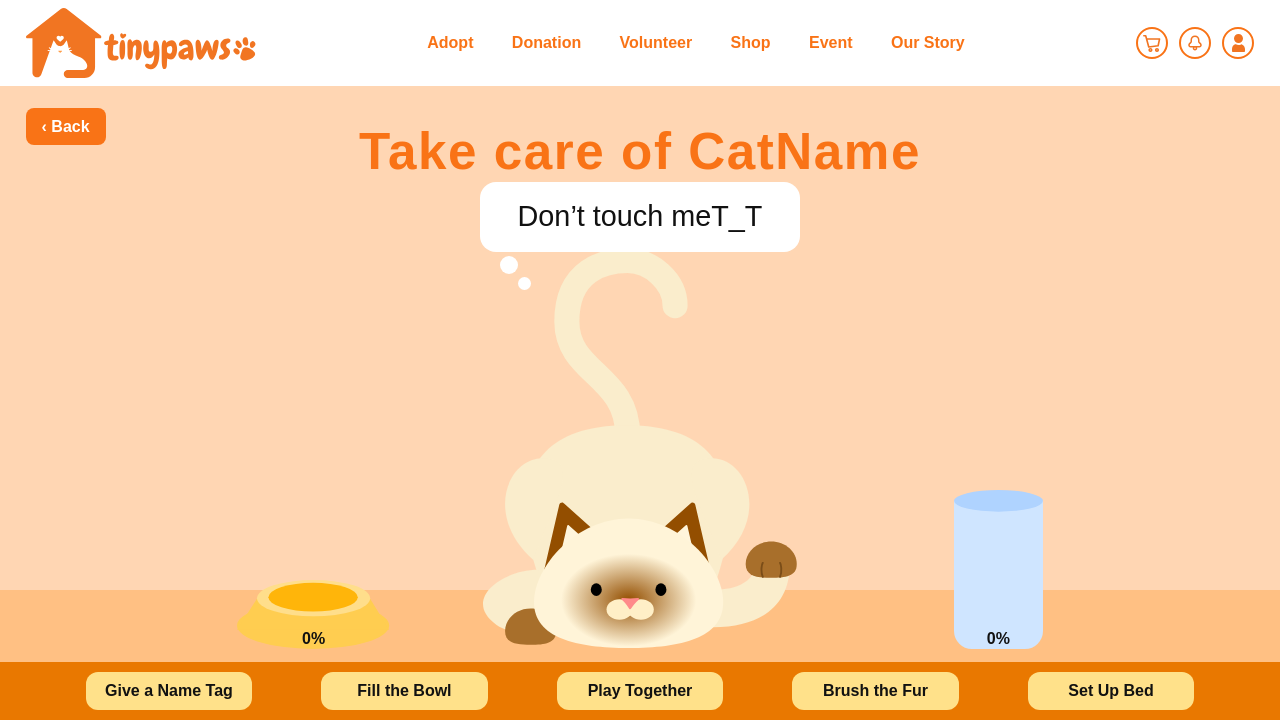
Repository: LShuyanLi/TinyPaws
Page: /, after clicking the first element matching `div > div`
These files come from the project's save history. The page is drawn as it stood at one moment and after the next save; the edit follows.
The browser window is 1280 px wide. The pictures show the whole page.
The project was rebuilt for these pictures with package versions that can differ from the ones it lists, and the page was loaded fresh each time. The framework's server and built-in components were replaced by stand-ins that run in the browser. Also part of the build but not shown: next.config.mjs.

Above is the page before, as saved 2026-05-09 23:18:09.

After the next save:
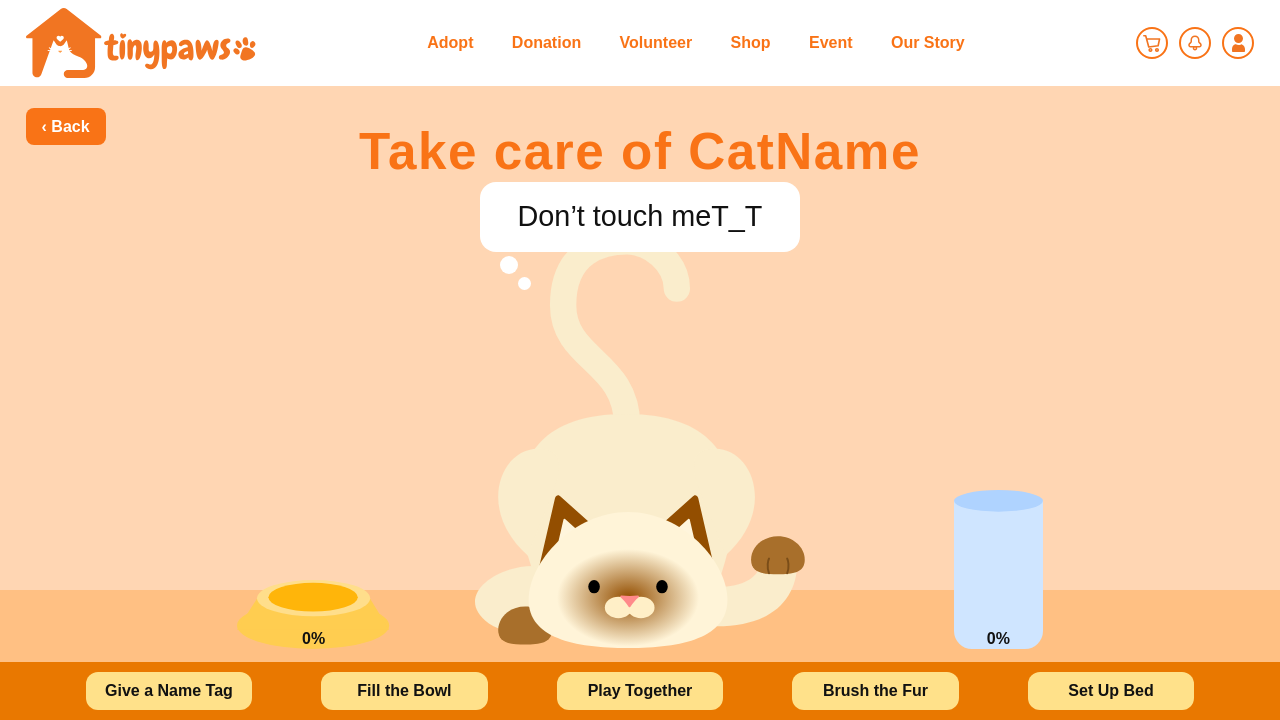
Saved 7 s later.
--- a/components/shared/CatDisplay.jsx
+++ b/components/shared/CatDisplay.jsx
@@ -54,8 +54,8 @@ export default function CatDisplay({
       )}
       <div
         style={{
-          width: "400px",
-          height: "400px",
+          width: "420px",
+          height: "420px",
           position: "relative",
         }}
       >
